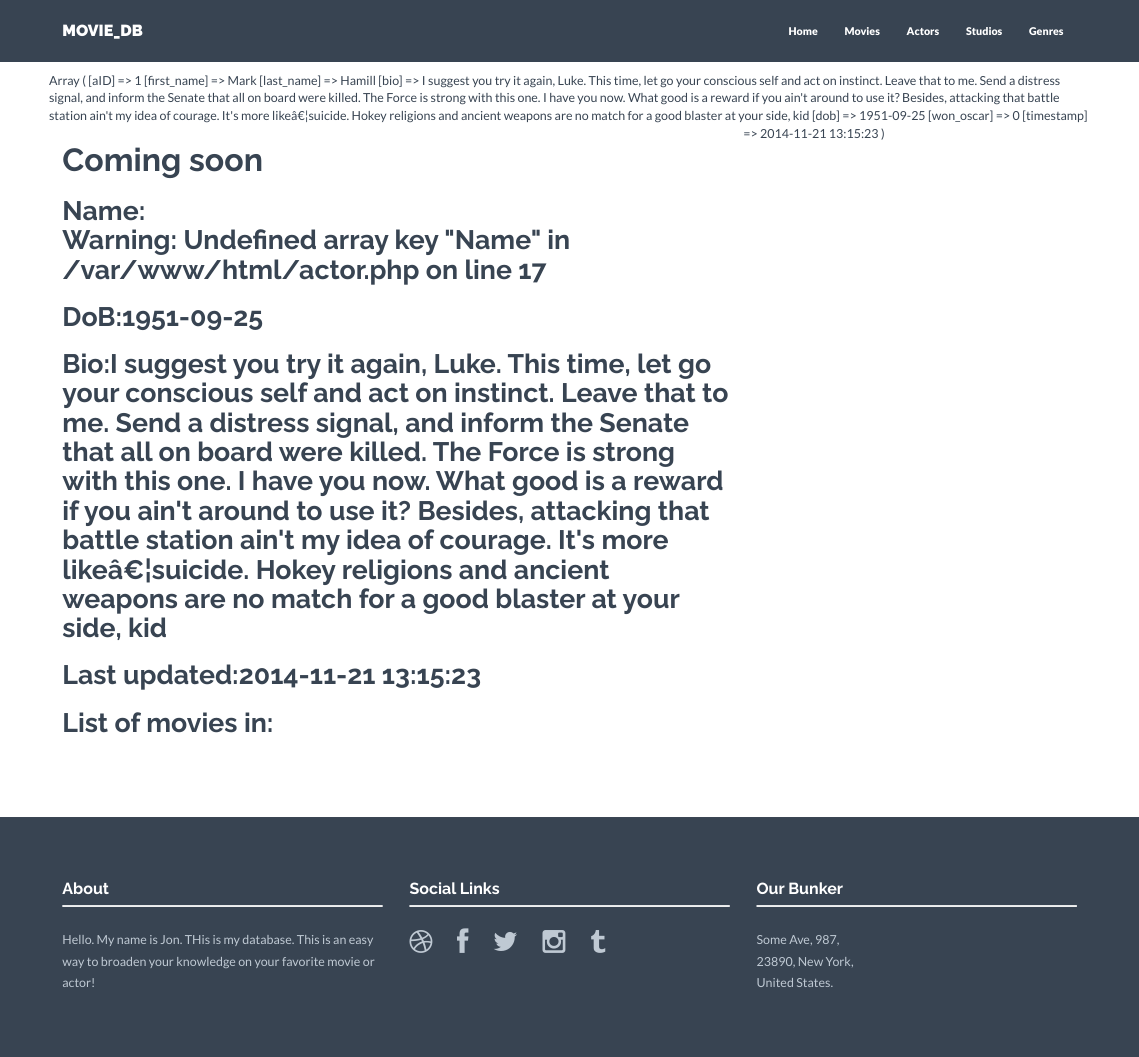
Repository: jonak91/Buzzerd-index
Page: http://localhost/actor.php?aID=1
The author's editor kept a record of every edit. The page is drawn from the files as they stood at one moment, then again after the next edit.
The browser window is 1280 px wide. The pictures show the whole page, at 89% of full size.
Some web libraries are served in a nearby version. The page is run by PHP 8.4 with error messages shown; the project is at /var/www/html/. The database holds what the project's SQL file puts in it.

Above is the page before.
Not found: assets/js/modernizr.js

### actor.php
<?php require_once( 'incl/functions.php' ); ?>
<?php require_once( 'incl/header.php' ); ?>

 <div class="container mtb">
	 	<div class="row">

	 		<?php
	 		$aID = $_GET['aID'];
	 		$actor = get_actor($aID);
	 		print_r($actor);
	 		?>

	 		<! -- MAIN CONTENAT AREA -->
	 		<div class="col-lg-8">
	 			<h1>Coming soon</h1>

		 		<h2>Name:<?php echo $actor['Name']; ?></h2>
		 		<h2>DoB:<?php echo $actor['dob']; ?></h2>
		 		<h2>Bio:<?php echo $actor['bio']; ?></h2>
		 		<h2>Last updated:<?php echo $actor['timestamp']; ?></h2>
		 		<h2>List of movies in:</h2>
			</div><! --/ MAIN CONTENT AREA -->

	 	</div><! --/row -->
	 </div><! --/container -->

<?php require_once( 'incl/footer.php' ); ?>

### incl/functions.php
<?php
require_once('database.php');

$host= '127.0.0.1';
$u= 'jonak91';
$p = '';
$d= 'movies';

global $db;
$db= new Database($d, $u, $p, $host);

function get_movies(){
	$db = $GLOBALS['db'];
	$results = $db->query("SELECT * FROM movies"); //updated
	return $db->resToArray($results);
}

function get_actors(){
	$db= $GLOBALS['db'];
	$results = $db->query("SELECT * FROM actors ORDER BY 'first_name'"); //updated
	return $db->resToArray($results);
}

function get_studios(){
	$db= $GLOBALS['db'];
	$results = $db->query("SELECT * FROM studio"); //updated
	return $db->resToArray($results);
}

function get_genres(){
	$db= $GLOBALS['db'];
	$results = $db->query("SELECT * FROM genre"); //updated
	return $db->resToArray($results);
}

function get_movie($mID){
	$db= $GLOBALS['db'];
	$query= "SELECT * FROM movies WHERE mID = '$mID'"; //updated
	return $db->get_row($query);
}

function get_actor($aID){
	$db= $GLOBALS['db'];
	$query= "SELECT * FROM actors WHERE aID = '$aID'"; //updated
	return $db->get_row($query);
}

function add_movie($info){
	$db= $GLOBALS['db'];
	extract($info);
	$timestamp= $db->get_mysql_timestamp();
	$submitted= $db->query("INSERT INTO movies VALUES('', '$mID', '$title', '$year_released', '$synopsis', '$was_novel', '$studioID', '$timestamp')");
	echo "<h3>$name submitted!</h3>";
}

function add_actor($info){
	$db= $GLOBALS['db'];
	extract($info);
	$timestamp= $db->get_mysql_timestamp();
	$submitted= $db->query("INSERT INTO movie_actors VALUES('', '$maID', '$movieID', '$actorID', '$timestamp')");
	echo "<h3>$name submitted!</h3>";
}

function add_genre($info){
	$db= $GLOBALS['db'];
	extract($info);
	$timestamp= $db->get_mysql_timestamp();
	$submitted= $db->query("INSERT INTO movie_genre VALUES('', '$mgID', '$movieID', '$genreID', '$timestamp')");
	echo "<h3>$name submitted!</h3>";
}

function add_studio($info){
	$db= $GLOBALS['db'];
	extract($info);
	$timestamp= $db->get_mysql_timestamp();
	$submitted= $db->query("INSERT INTO studio VALUES('', '$sID', '$name', '$city', '$state', '$zip', '$timestamp')");
	echo "<h3>$name submitted!</h3>";
}

function print_array( $a ) {
?>
  <pre>
  <?php var_dump( $a ); ?>
  </pre>
<?php
}
?>

### incl/database.php
<?php
class Database{
        var $dbName;
        var $user;
        var $password;
        var $host;
        var $lastID;
        var $dbConn;

        //constructor
        function __construct($db, $u, $p, $h){
                $this->dbName= $db;
                $this->user= $u;
                $this->password= $p;
                $this->host= $h;

                //metadata to get entire table list?
        }

        //any query
        function query($query){
                        $this->dbConn= new mysqli($this->host, $this->user, $this->password, $this->dbName);
                        if($this->dbConn->connect_errno > 0){
                                die('Unable to connect to database [' . $dbh->connect_error . ']');
                        }

                        $result= $this->dbConn->query($query) or die('There was an error running the query [' . $this->dbConn->error . ']');
                        $this->lastID= $this->dbConn->insert_id;
                        $this->dbConn->close();

                        return $result;
        }

        function resToArray($res){
                $data= array();
                while($info= mysqli_fetch_assoc($res)){
                        $data[]= $info;
                }

                return $data;
        }

        function get_column($query){

                $res= $this->query($query);

                $data= array();

                while($info= mysqli_fetch_assoc($res)){
                        $key= array_keys($info);
                        $key= $key[0];
                        $data[]= $info[$key];
                }

                return $data;
        }

        function get_row($query){
                $res= $this->query($query);
                $res= $this->resToArray($res);

            return ($res == false) ? $res : $res[0];
        }

        function get_var($query){
                $res= $this->query($query);

                $info= mysqli_fetch_array($res);

                return $info[0];
        }


        function get_mysql_timestamp(){
                return date('Y-m-d H:i:s', time());
        }

        function print_array( $a ) {
        ?>
          <pre>
          <?php var_dump( $a ); ?>
          </pre>
        <?php
        }


        function clean_array($info){
                foreach($info as $key => $val){
                        $info["$key"]= $this->clean($val);
                }

                return $info;
        }


        function clean($a){
                $this->dbConn= new mysqli($this->host, $this->user, $this->password, $this->dbName);
                $a= $this->dbConn->real_escape_string($a);
                $this->dbConn->close();

                return $a;
        }

}


?>

### incl/header.php
<!DOCTYPE html>
<html lang="en">
  <head>
    <meta charset="utf-8">
    <meta http-equiv="X-UA-Compatible" content="IE=edge">
    <meta name="viewport" content="width=device-width, initial-scale=1">
    <meta name="description" content="">
    <meta name="author" content="">
    <link rel="shortcut icon" href="assets/ico/favicon.ico">

    <title>SOLID - Bootstrap 3 Theme</title>

    <!-- Bootstrap core CSS -->
    <link href="assets/css/bootstrap.css" rel="stylesheet">

    <!-- Custom styles for this template -->
    <link href="assets/css/style.css" rel="stylesheet">
    <link href="assets/css/font-awesome.min.css" rel="stylesheet">


    <!-- Just for debugging purposes. Don't actually copy this line! -->
    <!--[if lt IE 9]><script src="../../assets/js/ie8-responsive-file-warning.js"></script><![endif]-->

    <!-- HTML5 shim and Respond.js IE8 support of HTML5 elements and media queries -->
    <!--[if lt IE 9]>
      <script src="https://oss.maxcdn.com/libs/html5shiv/3.7.0/html5shiv.js"></script>
      <script src="https://oss.maxcdn.com/libs/respond.js/1.4.2/respond.min.js"></script>
    <![endif]-->

    <script src="assets/js/modernizr.js"></script>
  </head>

  <body>

    <!-- Fixed navbar -->
    <div class="navbar navbar-default navbar-fixed-top" role="navigation">
      <div class="container">
        <div class="navbar-header">
          <button type="button" class="navbar-toggle" data-toggle="collapse" data-target=".navbar-collapse">
            <span class="sr-only">Toggle navigation</span>
            <span class="icon-bar"></span>
            <span class="icon-bar"></span>
            <span class="icon-bar"></span>
          </button>
          <a class="navbar-brand" href="index.php">MOVIE_DB</a>
        </div>
        <div class="navbar-collapse collapse navbar-right">
          <ul class="nav navbar-nav">
            <li><a href="index.php">Home</a></li>
            <li><a href="movies.php">Movies</a></li>
            <li><a href="actors.php">Actors</a></li>
            <li><a href="studios.php">Studios</a></li>
            <li><a href="genres.php">Genres</a></li>
          </ul>
        </div><!--/.nav-collapse -->
      </div>
    </div>

### incl/footer.php


	<!-- *****************************************************************************************************************
	 FOOTER
	 ***************************************************************************************************************** -->
	 <div id="footerwrap">
	 	<div class="container">
		 	<div class="row">
		 		<div class="col-lg-4">
		 			<h4>About</h4>
		 			<div class="hline-w"></div>
		 			<p>Hello. My name is Jon. THis is my database. This is an easy way to broaden your knowledge on your favorite movie or actor!</p>
		 		</div>
		 		<div class="col-lg-4">
		 			<h4>Social Links</h4>
		 			<div class="hline-w"></div>
		 			<p>
		 				<a href="#"><i class="fa fa-dribbble"></i></a>
		 				<a href="#"><i class="fa fa-facebook"></i></a>
		 				<a href="#"><i class="fa fa-twitter"></i></a>
		 				<a href="#"><i class="fa fa-instagram"></i></a>
		 				<a href="#"><i class="fa fa-tumblr"></i></a>
		 			</p>
		 		</div>
		 		<div class="col-lg-4">
		 			<h4>Our Bunker</h4>
		 			<div class="hline-w"></div>
		 			<p>
		 				Some Ave, 987,<br/>
		 				23890, New York,<br/>
		 				United States.<br/>
		 			</p>
		 		</div>

		 	</div><! --/row -->
	 	</div><! --/container -->
	 </div><! --/footerwrap -->

    <!-- Bootstrap core JavaScript
    ================================================== -->
    <!-- Placed at the end of the document so the pages load faster -->
    <script src="https://ajax.googleapis.com/ajax/libs/jquery/1.11.0/jquery.min.js"></script>
    <script src="assets/js/bootstrap.min.js"></script>
	<script src="assets/js/retina-1.1.0.js"></script>
	<script src="assets/js/jquery.hoverdir.js"></script>
	<script src="assets/js/jquery.hoverex.min.js"></script>
	<script src="assets/js/jquery.prettyPhoto.js"></script>
  	<script src="assets/js/jquery.isotope.min.js"></script>
  	<script src="assets/js/custom.js"></script>


  </body>
</html>

### assets/css/style.css
/*	################################################################

	Author: Carlos Alvarez
	URL: http://alvarez.is

	Project Name: SOLID - Bootstrap 3 Theme
	Version: 1.0
	URL: http://alvarez.is

################################################################# */
@import url(http://fonts.googleapis.com/css?family=Raleway:400,700,900);
@import url(http://fonts.googleapis.com/css?family=Lato:400,900);
@import url("prettyPhoto.css") screen;
@import url("hoverex-all.css") screen;

/*	################################################################
	1. GENERAL STRUCTURES
################################################################# */
	* {
		margin: 0;
		padding: 0px;
	}

body {
	background: #ffffff;
	margin: 0;
	height: 100%;
	color: #384452;
	font-family: 'Lato', sans-serif;
	font-weight: 400;
	}

h1, h2, h3, h4, h5, h6 {
	font-family: 'Raleway', sans-serif;
	font-weight: 700;
}

p {
	padding: 0;
	margin-bottom: 12px;
	font-family: 'Lato', sans-serif;
	font-weight: 400;
	font-size: 14px;
	line-height: 24px;
	color: #384452;
	margin-top: 10px;
}

img {
	height: auto;
	max-width: 100%;
}

a {
	padding: 0;
	margin: 0;
	text-decoration: none;
	-webkit-transition: background-color .4s linear, color .4s linear;
	-moz-transition: background-color .4s linear, color .4s linear;
	-o-transition: background-color .4s linear, color .4s linear;
	-ms-transition: background-color .4s linear, color .4s linear;
	transition: background-color .4s linear, color .4s linear;
}
a:hover,
a:focus {
  text-decoration: none;
  color:#01b2fe;
}

::-moz-selection  {
	color: #fff;
	text-shadow:none;
	background:#2B2E31;
}
::selection {
	color: #fff;
	text-shadow:none;
	background:#2B2E31;
}

.centered {
	text-align: center
}

/*	################################################################
	BOOTSTRAP MODIFICATIONS & TWEAKS
################################################################# */
.navbar {
	min-height: 70px;
	padding-top: 10px;
	margin-bottom: 0px;
}

.navbar-brand {
	font-family: 'Raleway', sans-serif;
	font-weight: 900;
}

.navbar-header .navbar-brand {
	color: white;
}

.navbar-default .navbar-nav > li > a {
	color: white;
	font-weight: 700;
	font-size: 12px;
}

.navbar-default .navbar-nav > li > a:hover {
	color: #00b3fe;
}

.navbar-default .navbar-nav > .active > a, .navbar-default .navbar-nav > .active > a:hover, .navbar-default .navbar-nav > .active > a:focus {
	color: #00b3fe;
	background-color: transparent;
}

.navbar-default {
	background-color: #384452;
	border-color: transparent;
}

.dropdown-menu {
	background: #384452;
}

.dropdown-menu > li > a {
	color: white;
	font-weight: 700;
	font-size: 12px;
}

.btn-theme {
  color: #fff;
  background-color: #384452;
  border-color: #384452;
  margin: 4px;
}
.btn-theme:hover,
.btn-theme:focus,
.btn-theme:active,
.btn-theme.active,
.open .dropdown-toggle.btn-theme {
  color: #fff;
  background-color: #00b3fe;
  border-color: #00b3fe;
}

.dmbutton:hover,
.dmbutton:active,
.dmbutton:focus{
	color: #ffffff;
	background-color: #222222;
	border-color: #ffffff;
}
.dmbutton {
	background:rgba(0, 0, 0, 0);
	border: 1px solid #ffffff;
	color: #ffffff;
	-webkit-border-radius: 2px;
	border-radius: 2px;
	padding-top: 1.025rem;
	padding-right: 2.25rem;
	letter-spacing:0.85px;
	padding-bottom: 1.0875rem;
	padding-left: 2.25rem;
	font-size: 1.55rem;
	cursor: pointer;
	font-weight: normal;
	line-height: normal;
	margin: 0 0 1.25rem;
	text-decoration: none;
	text-align: center;
	display: inline-block;
	-webkit-transition: background-color 300ms ease-out;
	-moz-transition: background-color 300ms ease-out;
	transition: background-color 300ms ease-out;
	-webkit-appearance: none;
	font-weight: normal !important;
}

.mtb {
	margin-top: 80px;
	margin-bottom: 80px;
}

.mb {
	margin-bottom: 60px;
}

.mt {
	margin-top: 60px;
}

.hline {
	border-bottom: 2px solid #384452;
}

.hline-w {
	border-bottom: 2px solid #ffffff;
	margin-bottom: 25px;
}
/*	################################################################
	SITE WRAPS
################################################################# */

#headerwrap {
	background-color: #00b3fe;
	min-height: 550px;
	padding-top: 100px;
	padding-bottom: 0px;
	text-align: center;
}

#headerwrap h3, h5 {
	color: white;
	font-weight: 400;
}

#headerwrap h1 {
	color: white;
	margin-bottom: 25px;
}

#headerwrap .img-responsive {
	margin: 0 auto;
}

/* Services Wrap */
#service {
	margin-top: 100px;
	margin-bottom: 80px;
}

#service i {
	color: #00b3fe;
	font-size: 60px;
	padding: 15px;
}

/* Portfolio Wrap */
#portfoliowrap {
	padding-top: 60px;
	margin-bottom: 60px;
	display: block;
	text-align: center
}

#portfoliowrap h3 {
	margin-bottom: 25px;
}

.portfolio {
	padding:0 !important;
	margin:0 !important;
	display:block;
}


.portfolio-item .title:before {border-radius:0; display:none}
.portfolio-item p {margin:0px 0 30px;}
.portfolio-item h3 {margin:-10px 0 10px; font-size:16px; text-transform:uppercase;}


.tpl6 h3
{
	color:#fff;
	margin:0;
	padding:40px 5px 0;
	font-size:16px;
	text-transform:uppercase;
}
.tpl6 .dmbutton
{
	display:inline-block;
	margin:30px 5px 20px 5px;
	font-size:13px;
}

.tpl6 .bg
{
	height:100%;
	width:100%;
	background-color:#00b3fe;
	background-color:rgba(0,179,254,.9);
	text-align:center;
}

/* Testimonials Wrap */
#twrap {
	background: url(../img/t-back.jpg) no-repeat center top;
	margin-top: 0px;
	padding-top:60px;
	text-align:center;
	background-attachment: relative;
	background-position: center center;
	min-height: 450px;
	width: 100%;

    -webkit-background-size: 100%;
    -moz-background-size: 100%;
    -o-background-size: 100%;
    background-size: 100%;

    -webkit-background-size: cover;
    -moz-background-size: cover;
    -o-background-size: cover;
    background-size: cover;
}

#twrap i {
	font-size: 50px;
	color: white;
	margin-bottom: 25px;
}

#twrap p {
	color: white;
	font-size: 15px;
	line-height: 30px;
}

/* clients logo */
#cwrap {
	background: #f7f7f7;
	margin-top: 0px;
	padding-top: 80px;
	padding-bottom: 100px;
}

#cwrap h3 {
	margin-bottom: 60px;
}

/* Footer */
#footerwrap {
	padding-top: 60px;
	padding-bottom: 60px;
	background: #384452;
}

#footerwrap p {
	color: #bfc9d3;
}

#footerwrap h4 {
	color: white;
}

#footerwrap i {
	font-size: 30px;
	color: #bfc9d3;
	padding-right: 25px;
}

#footerwrap i:hover {
	color: #00b3fe
}

/*	################################################################
	PAGE CONFIGURATIONS
################################################################# */
/* General Tweaks */

#blue {
	background: #00b3fe;
	margin-top: 60px;
	margin-bottom: 60px;
	padding-top: 25px;
	padding-bottom: 25px;
}

#blue h3 {
	color: white;
	margin-left: 15px;
}

.ctitle {
	color: #00b3fe;
	font-weight: 700;
	margin-bottom: 15px;
}

csmall {
	font-size: 12px;
	color: #b3b3b3;
}
csmall2 {
	font-size: 12px;
	color: #f39c12
}

.spacing {
	margin-top: 40px;
	margin-bottom: 40px;
}

.badge-theme {
	background: #00b3fe;
}

/* Contact Page */
#contactwrap {
	background: url(../img/contact.jpg) no-repeat center top;
	margin-top: -60px;
	padding-top:0px;
	text-align:center;
	background-attachment: relative;
	background-position: center center;
	min-height: 400px;
	width: 100%;

    -webkit-background-size: 100%;
    -moz-background-size: 100%;
    -o-background-size: 100%;
    background-size: 100%;

    -webkit-background-size: cover;
    -moz-background-size: cover;
    -o-background-size: cover;
    background-size: cover;
}

/* Blog Page */
.popular-posts {
	margin: 0px;
	padding-left: 0px;
	}

.popular-posts li {
	list-style: none;
	margin-bottom: 20px;
	min-height: 70px;
}
.popular-posts li a,
.popular-posts li a:hover {
	color:#2f2f2f;
	text-decoration: none;
	}

.popular-posts li img {
	float: left;
	margin-right: 20px;
	}

.popular-posts li em {
	font-family: 'Lato', sans-serif;
	font-size: 12px;
	color: #b3b3b3
	}

.popular-posts p {
	line-height: normal;
	margin-bottom: auto;
}

.share i {
	padding-right: 15px;
	font-size: 18px;
}

### job.sql (the tables this page reads)
CREATE TABLE IF NOT EXISTS `actors` (
`aID` mediumint(9) NOT NULL,
  `first_name` varchar(25) NOT NULL,
  `last_name` varchar(30) NOT NULL,
  `bio` longtext NOT NULL,
  `dob` date NOT NULL,
  `won_oscar` tinyint(4) NOT NULL,
  `timestamp` timestamp NOT NULL DEFAULT CURRENT_TIMESTAMP ON UPDATE CURRENT_TIMESTAMP
) ENGINE=InnoDB AUTO_INCREMENT=3 DEFAULT CHARSET=latin1;

INSERT INTO `actors` (`aID`, `first_name`, `last_name`, `bio`, `dob`, `won_oscar`, `timestamp`) VALUES
(1, 'Mark', 'Hamill', 'I suggest you try it again, Luke. This time, let go your conscious self and act on instinct. Leave that to me. Send a distress signal, and inform the Senate that all on board were killed. The Force is strong with this one. I have you now. What good is a reward if you ain''t around to use it? Besides, attacking that battle station ain''t my idea of courage. It''s more likeâ€¦suicide. Hokey religions and ancient weapons are no match for a good blaster at your side, kid', '1951-09-25', 0, '2014-11-21 13:15:23'),
(2, 'George', 'Clooney', 'Inflammable means flammable? What a country. Hi. I''m Troy McClure. You may remember me from such self-help tapes as "Smoke Yourself Thin" and "Get Some Confidence, Stupid!" Here''s to alcohol, the cause of â€” and solution to â€” all life''s problems. When I held that gun in my hand, I felt a surge of powerâ€¦like God must feel when he''s holding a gun. We started out like Romeo and Juliet, but it ended up in tragedy.', '1961-05-06', 1, '2014-11-21 13:15:23');

ALTER TABLE `actors`
 ADD PRIMARY KEY (`aID`);

ALTER TABLE `actors`
MODIFY `aID` mediumint(9) NOT NULL AUTO_INCREMENT,AUTO_INCREMENT=3;

Loaded but not shown: assets/css/bootstrap.css (library); assets/css/font-awesome.min.css (library); assets/js/bootstrap.min.js (library); assets/js/jquery.hoverdir.js (library); assets/js/jquery.hoverex.min.js (library); assets/js/jquery.prettyPhoto.js (library); assets/js/jquery.isotope.min.js (library); assets/js/custom.js (common file); assets/js/retina-1.1.0.js (151 lines, source omitted); assets/css/hoverex-all.css (2838 lines, source omitted); assets/css/prettyPhoto.css (170 lines, source omitted)

After the next edit:
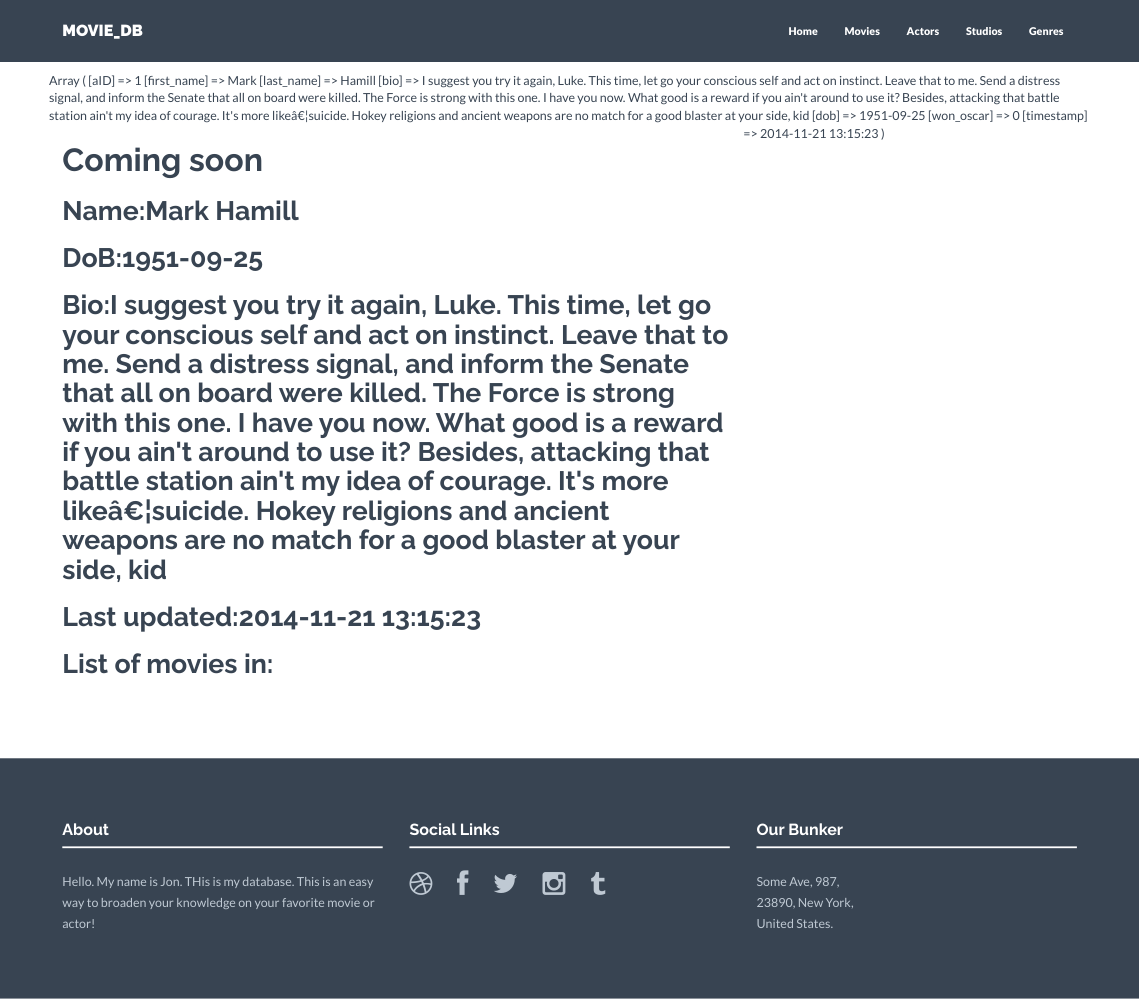
The edit:
--- a/actor.php
+++ b/actor.php
@@ -14,7 +14,7 @@
 	 		<div class="col-lg-8">
 	 			<h1>Coming soon</h1>
 
-		 		<h2>Name:<?php echo $actor['Name']; ?></h2>
+		 		<h2>Name:<?php echo $actor['first_name'].' '.$actor['last_name']; ?></h2>
 		 		<h2>DoB:<?php echo $actor['dob']; ?></h2>
 		 		<h2>Bio:<?php echo $actor['bio']; ?></h2>
 		 		<h2>Last updated:<?php echo $actor['timestamp']; ?></h2>
